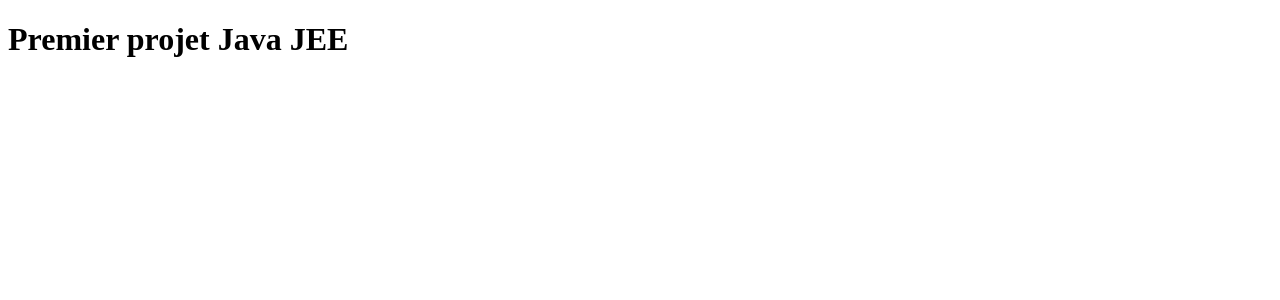
Repository: lemzoo/Formation_JEE
Page: FirstProject/WebContent/monPremierFichier.html
These files come from the project's save history. The page is drawn as it stood at one moment and after the next save; the edit follows.
The browser window is 1280 px wide. The pictures show the whole page.

Above is the page before, as saved 2016-06-17 08:41:54.

### FirstProject/WebContent/monPremierFichier.html
<!DOCTYPE html>
<html>
<head>
<meta charset="ISO-8859-1">
<title>Mon premier fichier HTML</title>
</head>
<body>
<h1>Premier projet Java JEE</h1>
<main></main>
</body>
</html>

After the next save:
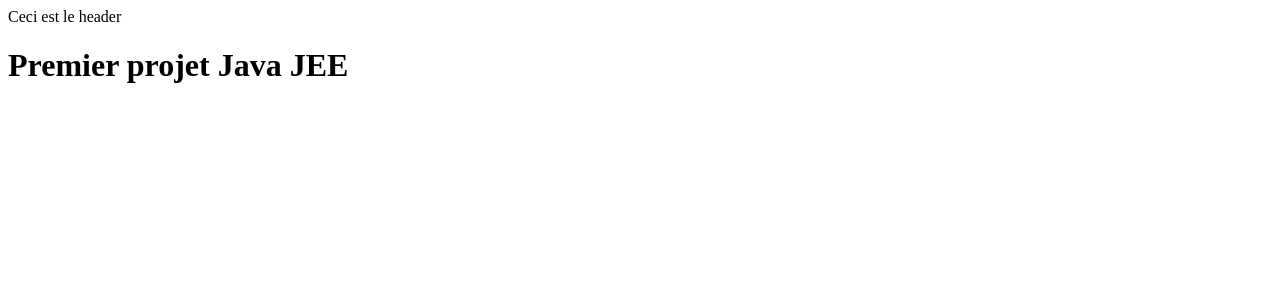
Saved 22 s later.
--- a/FirstProject/WebContent/monPremierFichier.html
+++ b/FirstProject/WebContent/monPremierFichier.html
@@ -5,7 +5,10 @@
 <title>Mon premier fichier HTML</title>
 </head>
 <body>
+<header>Ceci est le header</header>
 <h1>Premier projet Java JEE</h1>
-<main></main>
+<main>
+
+</main>
 </body>
 </html>
